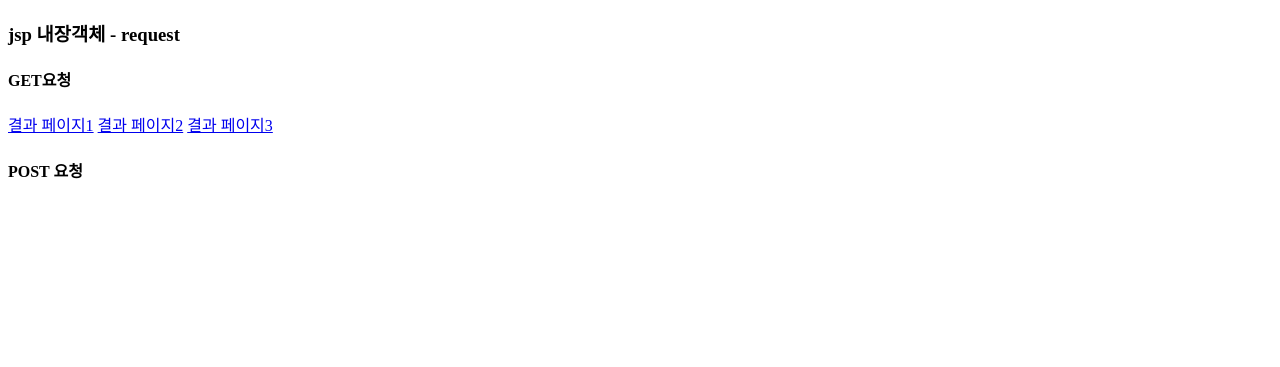
Repository: 2017112847/Jsp
Page: http://localhost/ch03/1_request.jsp
An editor plug-in stored every save of this project. The page is shown before and after the next save, followed by the edit.
The browser window is 1280 px wide. The pictures show the whole page.
The page is served by Tomcat 9.

Above is the page before, as saved 2025-07-28 03:15:48.

After the next save:
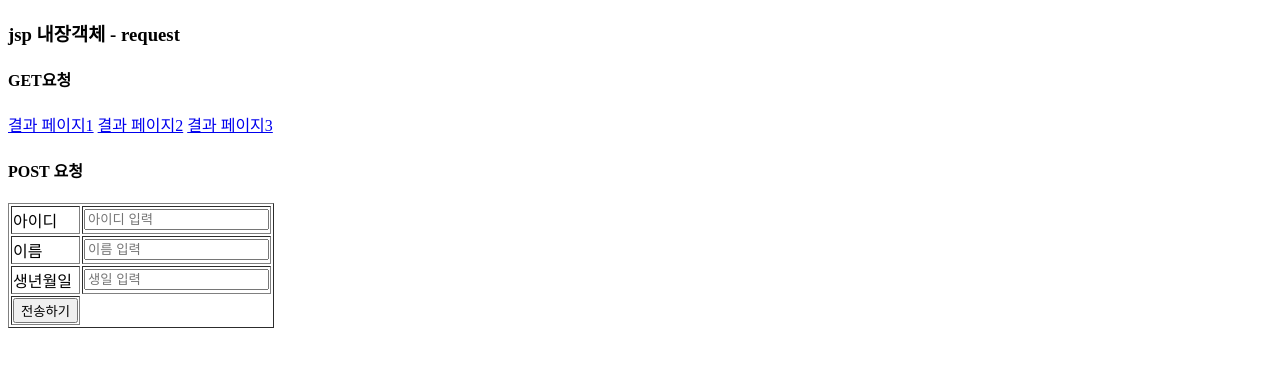
Saved 9 min 29 s later.
--- a/ch03/src/main/webapp/1_request.jsp
+++ b/ch03/src/main/webapp/1_request.jsp
@@ -14,6 +14,26 @@
 <a href = "./proc/result1.jsp?uid=a102&name=홍길동">결과 페이지2</a>
 <a href = "./proc/result1.jsp?uid=a103&name=김유신&age=23">결과 페이지3</a>
 <h4>POST 요청</h4>
-
+<form action="" method="post">
+<table border ="1">
+		<tr>
+			<td>아이디</td>
+			<td><input type="text" name="uid" placeholder="아이디 입력" /></td>
+		</tr>
+		<tr>
+			<td>이름</td>
+			<td><input type="text" name="name" placeholder="이름 입력" /></td>
+		</tr>
+		<tr>
+			<td>생년월일</td>
+			<td><input type="text" name="birth" placeholder="생일 입력" /></td>
+		</tr>
+		<tr>
+			<td costpan= "2" align="right">
+				<input type="submit"value= "전송하기" />
+			</td>
+		</tr>
+</table>
+</form>
 </body>
 </html>
